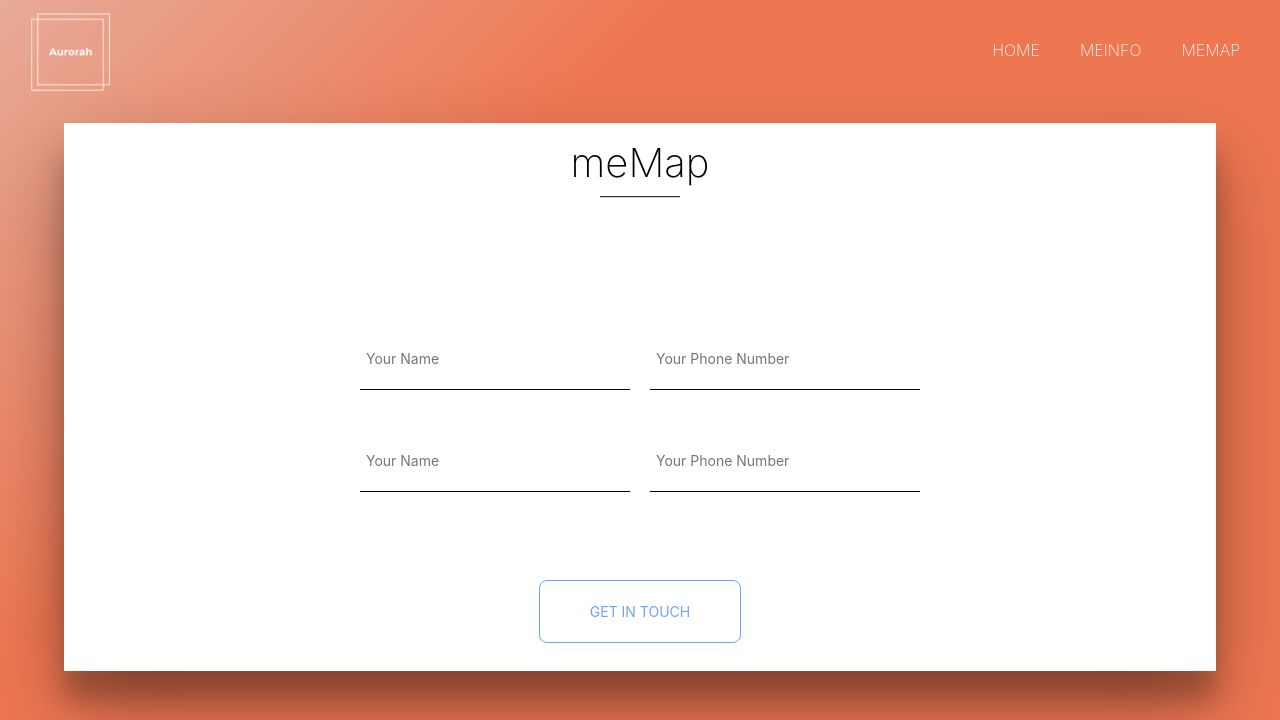
Repository: aasirvalji/saferMe
Page: /alt
An editor plug-in stored every save of this project. The page is shown before and after the next save, followed by the edit.
The browser window is 1280 px wide. The pictures show the whole page.
An inner scrolling area shows only its first screen. The project was rebuilt for these pictures with package versions that can differ from the ones it lists, and the page was loaded fresh each time. Also part of the build but not shown: src/components/Landing.js, src/styles/Services.css, src/components/Services.js, src/styles/MapDisplay.css, src/mapStyles.js, src/components/MapDisplay.js, src/styles/AboutDisplay.css, src/components/AboutDisplay.js and 1 more.

Above is the page before, as saved 2020-02-15 12:55:12.

### public/index.html
<!DOCTYPE html>
<html lang="en">
  <head>
    <meta charset="utf-8" />
    <link rel="icon" href="%PUBLIC_URL%/favicon.ico" />
    <meta name="viewport" content="width=device-width, initial-scale=1" />
    <meta name="theme-color" content="#000000" />
    <meta
      name="description"
      content="Web site created using create-react-app"
    />
    <link rel="apple-touch-icon" href="%PUBLIC_URL%/logo192.png" />
    <!--
      manifest.json provides metadata used when your web app is installed on a
      user's mobile device or desktop. See https://developers.google.com/web/fundamentals/web-app-manifest/
    -->
    <link rel="manifest" href="%PUBLIC_URL%/manifest.json" />
    <!--
      Notice the use of %PUBLIC_URL% in the tags above.
      It will be replaced with the URL of the `public` folder during the build.
      Only files inside the `public` folder can be referenced from the HTML.

      Unlike "/favicon.ico" or "favicon.ico", "%PUBLIC_URL%/favicon.ico" will
      work correctly both with client-side routing and a non-root public URL.
      Learn how to configure a non-root public URL by running `npm run build`.
    -->

    <link
    rel="stylesheet"
    href="https://maxcdn.bootstrapcdn.com/bootstrap/4.3.1/css/bootstrap.min.css"
    integrity="sha384-ggOyR0iXCbMQv3Xipma34MD+dH/1fQ784/j6cY/iJTQUOhcWr7x9JvoRxT2MZw1T"
    crossorigin="anonymous"
  />

  <link rel="stylesheet" href="https://use.fontawesome.com/releases/v5.7.2/css/all.css" integrity="sha384-fnmOCqbTlWIlj8LyTjo7mOUStjsKC4pOpQbqyi7RrhN7udi9RwhKkMHpvLbHG9Sr" crossorigin="anonymous">

    <title>Aurorah</title>
  </head>
  <body>
    <noscript>You need to enable JavaScript to run this app.</noscript>
    <div id="root"></div>
    <!--
      This HTML file is a template.
      If you open it directly in the browser, you will see an empty page.

      You can add webfonts, meta tags, or analytics to this file.
      The build step will place the bundled scripts into the <body> tag.

      To begin the development, run `npm start` or `yarn start`.
      To create a production bundle, use `npm run build` or `yarn build`.
    -->
  </body>
</html>

### src/App.js
import React from 'react';
import './App.css';
import Navigate from './components/Navigate'
import Landing from './components/Landing'
import Services from './components/Services'
import MapDisplay from './components/MapDisplay'
import AltDisplay from './components/AltDisplay'
import AboutDisplay from './components/AboutDisplay'

import SampleDisplay from './components/SampleDisplay';


import {
  BrowserRouter as Router,
  Switch,
  Route,
} from "react-router-dom";

class App extends React.Component { //when working with any type of data, call it in App then pass to comp on interest

  constructor(props) {
    super(props);

  }

/* start api sample */
/*
  componentDidMount() {
    fetch("https://api.example.com/items")
      .then(res => res.json())
      .then(
        (result) => {
          this.setState({
            isLoaded: true,
            items: result.items
          });
        },
        // Note: it's important to handle errors here
        // instead of a catch() block so that we don't swallow
        // exceptions from actual bugs in components.
        (error) => {
          this.setState({
            isLoaded: true,
            error
          });
        }
      )
  }
  */
/* end api sample */
  render(){


  return (
    <Router>
    <div className="App">

    <Switch>

    <Route exact path="/">
    <div className='landing-div'>
    <Navigate></Navigate>
    <Landing></Landing>
    <img className='wave' src='https://www.ochrehealth.com.au/wp-content/uploads/2018/10/slider-wave.png' alt=''></img>  {/* wave pattern*/}
    </div>
    {/* services placement*/}
    {/* maps placement*/}
    </Route>

    <Route path="/about">
    <div className='about-background'>
    <Navigate></Navigate>

    <AboutDisplay></AboutDisplay>
    </div>
    </Route>

    <Route path="/map">
    <div className='map-background'>
    <Navigate></Navigate>

  <MapDisplay></MapDisplay>
    </div>
    </Route>

    <Route path="/graph">
    <div className='graph-background'>
    <Navigate></Navigate>


    </div>
    </Route>

    <Route path="/alt">
    <div className='alt-background'>
    <Navigate></Navigate>

    <AltDisplay></AltDisplay>
    </div>
    </Route>

    </Switch>

    </div>
    </Router>

  );
  }
}

export default App;

### src/App.css
.landing-div {
    height: 100vh;
	background: linear-gradient(-45deg, #ee7752, #e73c7e,#FF4136, #85144b);
	background-size: 400% 400%;
    animation: gradient 10s ease infinite;

}


@keyframes gradient {
	0% {
		background-position: 0% 50%;
	}
	50% {
		background-position: 100% 50%;
	}
	100% {
		background-position: 0% 50%;
	}
}

.landing-div .wave{
    margin-right: 20vh;
    height: 15vh;
    width: 100%;
    position: absolute;
    bottom: 0;
}

@media screen and (max-width:700px) {

    .landing-div {
        height: 110vh;
    }

    .landing-div .wave{
    display: none;
    }

}

.about-background{
    background: linear-gradient(-45deg, #23a6d5, #23a6d5,#23a6d5, #acceda);
    height: 100vh;
}

.map-background{
    background: linear-gradient(-45deg, #5444c4, #5444c4,#5444c4, #908ab9);
    height: 100vh;
}

.graph-background{
    background: linear-gradient(-45deg, #e73c7e, #e73c7e,#e73c7e, #e0a0b9);
    height: 100vh;
}

.alt-background{
    background: linear-gradient(-45deg, #ee7752, #ee7752,#ee7752, #e7ab98);
    height: 100vh;
}

### src/components/Navigate.js
import React from 'react';
import '../styles/Navigate.css';
import {}
from 'react-bootstrap';
import img from '../assets/Au.png'

import { Link } from "react-router-dom";


function Navigate() {
    return (
    <>
  <div class="header">
    <h2 class="logo"><img src={img}></img></h2>
    <input type="checkbox" id="chk"></input>
    <label for="chk" class="show-menu-btn">
      <i class="fas fa-ellipsis-h"></i>
    </label>

    <ul class="menu">
      <Link to="/"><a>Home</a></Link>
      {/*<Link to="/about"><a>About</a></Link>*/}
      <Link to="/alt"><a>meInfo</a></Link>
      <Link to="/map"><a>meMap</a></Link>
      {/*<Link to="/graph"><a>eGraph</a></Link>*/}

      <label for="chk" class="hide-menu-btn">
        <i class="fas fa-times"></i>
      </label>
    </ul>
  </div>
</>
);
}


export default Navigate;

### src/components/AltDisplay.js
import React from 'react';
import '../styles/AltDisplay.css'




class AltDisplay extends React.Component{

  constructor(props){
    super(props);

    this.state = {username: '',
    userNumber: '',
    emergencyName: '',
    emergencyNumber: '',
  };

    this.handleChange = this.handleChange.bind(this);
    this.handleSubmit = this.handleSubmit.bind(this);
}

handleChange = (event) => {
  this.setState({
  [event.target.name] : event.target.value
})
}

handleSubmit(event) {

  alert('A name was submitted: ' + this.state.username);
  console.log(this.state.userNumber)
  console.log(this.state.emergencyName)
  console.log(this.state.emergencyNumber)
  event.preventDefault();
}

render(){
    return(
        <>

<div className='alt-con'>

<div className='alt-header'>
<h1>meMap</h1>
</div>

<form class="contact-section" onSubmit={this.handleSubmit}>
      <div class="inner-width">

        <input type="text" class="name" placeholder="Your Name" name = 'username'
        value={this.state.value} onChange={this.handleChange} ></input>

       <input type="number" class="email" placeholder="Your Phone Number" name ="userNumber"
       username={this.state.username} onChange={this.handleChange} ></input>

      <input type="text" class="name" placeholder="Your Name" name = 'emergencyName'
        value={this.state.value} onChange={this.handleChange} ></input>

       <input type="number" class="email" placeholder="Your Phone Number" name ="emergencyNumber"
       username={this.state.username} onChange={this.handleChange} ></input>

        <button type='submit' value="Submit">Get in touch</button>
      </div>
    </form>

</div>

        </>
    )
}
}


export default AltDisplay;

### src/styles/Navigate.css
/* Start Navbar */

.header{
    height: 100px;
    background: transparent;
    padding: 0 20px;
    color: white;
    font-weight: 200;
  }
  .logo{
    line-height: 100px;
    float: left;
  }

  .header h2{
    font-weight: 200;
  }

  .header img{
    width: 12vh;
    height: 12vh;
    margin-left: 1vh;
  }

  .menu{
    float: right;
    line-height: 100px;
  }
  .menu a{
    color: white;
    text-transform: uppercase;
    text-decoration: none;
    padding: 0 10px;
    transition: 0.4s;
  }
  .show-menu-btn,.hide-menu-btn{
    transition: 0.4s;
    font-size: 30px;
    cursor: pointer;
    display: none;
  }
  .show-menu-btn{
    float: right;
  }
  .show-menu-btn i{
    line-height: 100px;
  }
  .menu a:hover,
  .show-menu-btn:hover,
  .hide-menu-btn:hover{
    transition: .5s;
    color: black;
  }

  #chk{
    position: absolute;
    visibility: hidden;
    z-index: -1111;
  }

  .content{
    padding: 0 20px;
  }
  .content img{
    width: 100%;
    max-width: 700px;
    margin: 20px 0;
  }
  .content p{
    text-align: justify;
  }

  @media screen and (max-width:800px) {
    .show-menu-btn,.hide-menu-btn{
      display: block;
    }
    .menu{
      position: fixed;
      width: 100%;
      height: 100vh;
      background: linear-gradient(-45deg, #ee7752, #e73c7e,#5444c4, #23a6d5);
      right: -100%;
      top: 0;
      text-align: center;
      padding: 80px 0;
      line-height: normal;
      transition: 0.7s;
      z-index: 1000;
    }
    .menu a{
      display: block;
      padding: 20px;
    }

    .menu a:hover{
      cursor: pointer;
    }

    .hide-menu-btn{
      position: absolute;
      top: 40px;
      right: 40px;
    }
    #chk:checked ~ .menu{
      right: 0;
    }
  }

  /* End Navbar */

### src/styles/Landing.css


  * {
    box-sizing: border-box;
    margin: 0;
    padding: 0;
  }


  h1 {
    line-height: 1.3;

  }

  img {
    width: 90%;
  }

  .container {
    max-width: 1200px;
    margin: auto;
    padding: 0 2rem;
    margin-top: 13vh;
  }

  .container h1, p{
    margin-top: 10vh;
    color: white;
  }

  .main-header{
    -webkit-animation: fadein 4s; /* Safari, Chrome and Opera > 12.1 */
    -moz-animation: fadein 4s; /* Firefox < 16 */
     -ms-animation: fadein 4s; /* Internet Explorer */
      -o-animation: fadein 4s; /* Opera < 12.1 */
         animation: fadein 4s;
  }

  .main-subheader{
    -webkit-animation: fadein 4s; /* Safari, Chrome and Opera > 12.1 */
    -moz-animation: fadein 4s; /* Firefox < 16 */
     -ms-animation: fadein 4s; /* Internet Explorer */
      -o-animation: fadein 4s; /* Opera < 12.1 */
         animation: fadein 4s;
  }

  .section-a {
    margin: 2rem 0;
  }

  .section-a .container {
    display: grid;
    grid-template-columns: 1fr 1fr;
    grid-gap: 3rem;
    align-items: center;
    justify-content: center;
  }

  .section-a h1 {
    font-size: 4rem;
    font-weight: 200;
  }

  .section-a p {
    font-size: 1.1rem;
    margin: 1rem 0 0 .775vh;
    font-weight: 200;
  }

  .floating{
    animation-name: floating;
    animation-duration: 3s;
    animation-iteration-count: infinite;
    animation-timing-function: ease-in-out;
    z-index: 100;
  }


  @keyframes floating {
    from { transform: translate(0,  0px); }
    50%  { transform: translate(0, 20px); }
    to   { transform: translate(0, -0px); }
}

  @media (max-width: 700px) {
    .section-a .container {
      grid-template-columns: 1fr;
      text-align: center;
    }

    .section-a .container div:first-child {
      order: 2;
    }

    .section-a .container div:nth-child(2) {
      order: -1;
    }

    .section-a img {
      width: 80%;
      margin: auto;
    }
  }

/* fade in animation*/

@keyframes fadein {
  from { opacity: 0; }
  to   { opacity: 1; }
}

/* Firefox < 16 */
@-moz-keyframes fadein {
  from { opacity: 0; }
  to   { opacity: 1; }
}

/* Safari, Chrome and Opera > 12.1 */
@-webkit-keyframes fadein {
  from { opacity: 0; }
  to   { opacity: 1; }
}

/* Internet Explorer */
@-ms-keyframes fadein {
  from { opacity: 0; }
  to   { opacity: 1; }
}

/* Opera < 12.1 */
@-o-keyframes fadein {
  from { opacity: 0; }
  to   { opacity: 1; }
}

### src/styles/AltDisplay.css
/* Try adding wave to Navbar */

.alt-con{
    transform: translateY(1vh);
    color: black;
    width: 90%;
    height: 76vh;
    margin: 15px auto;
    background: white;
    overflow: hidden;
    position: relative;
    top: 0;
    -webkit-box-shadow: 0 38px 76px rgba(0, 0, 0, 0.3), 0 30px 24px rgba(0, 0, 0, 0.22);
            box-shadow: 0 38px 76px rgba(0, 0, 0, 0.3), 0 30px 24px rgba(0, 0, 0, 0.22);
            overflow-y: auto;
}

.alt-con p{
    color: white;
}

.alt-header h1{
    color: black;
    text-align: center;
    font-weight: 200;
    margin-top: 2vh;
    margin-bottom: 8vh;
}

.alt-header h1:after {

    content: '';
    transform: translateY(1vh);
    margin: auto;
    border-bottom: .1vh solid black;
    width: 11vh;
    display: block;

}

.alt-details p{
    font-weight: 300;
    margin: auto;
    color: black;
    text-align: center;
    width: 50%;
    margin-bottom: 3vh;
}

.alt-details img{
    display: block;
    margin: 0 auto;
    height: 40vh;
    width: 50vh;
}

/* sample */

.middle{
    position: relative;
    margin: auto;
  }

  .task-list{
    width: 400px;
    padding: 40px;
    background: linear-gradient(-45deg, #ee7752, #ee7752,#ee7752, #e7ab98);
    background-size: cover;
  }
  .task-list h2{
    color: #fff;
    font-weight: 220;
  }
  .task{
    display: flex;
    padding: 10px 0;
    align-items: center;
    cursor: pointer;
    font-weight: 220;
  }

  .task input{
    position: absolute;
    visibility: hidden;
  }

  .task i{
    display: inline-block;
    width: 48px;
    height: 48px;
    border-radius: 50%;
    border: 1px solid white;
    text-align: center;
    line-height: 48px;
    font-size: 20px;
    margin-right: 14px;
    color: transparent;
  }

  .text{
    font-size: 18px;
    color: #fff;
  }

  .task input:checked ~ i{
    color: white;
  }

  .task input:checked ~ .text{
    text-decoration: line-through;
    color: white;
  }












  .contact-section{
    background: transparent;
    padding: 80px 0;
    text-align: center;
  }

  .inner-width{
    max-width: 600px;
    margin: auto;
    padding: 0 20px;
  }

  .contact-section h1{
    font-size: 20px;
    color: #000000;
    margin-bottom: 40px;
    text-transform: uppercase;
    letter-spacing: 4px;
    font-weight: 400;
  }

  .name,.email{
    background: none;
    border:none;
    outline: none;
    border-bottom: 1px solid;
    color: #000000;
    padding: 20px 6px;
    font-size: 14px;
    margin-bottom: 40px;
  }

  .name{
    float: left;
    width: 270px;
  }

  .email{
    float: right;
    width: 270px;
  }

  .message{
    min-width: 100%;
    max-width: 100%;
  }


  .contact-section button{
    margin-top: 3rem;
    background: none;
    color: #70a1ff;
    border: 1px solid #70a1ff;
    padding: 20px 50px;
    border-radius: 8px;
    text-transform: uppercase;
    font-size: 14px;
    transition: 0.4s linear;
    cursor: pointer;
  }

  .contact-section button:hover{
    background: #70a1ff;
    color: #fff;
  }


  @media screen and (max-width:600px){
    .name,.email{
      width: 100%;
    }
  }

Loaded but not shown: src/index.js (common file); src/index.css (common file); src/serviceWorker.js (common file)

After the next save:
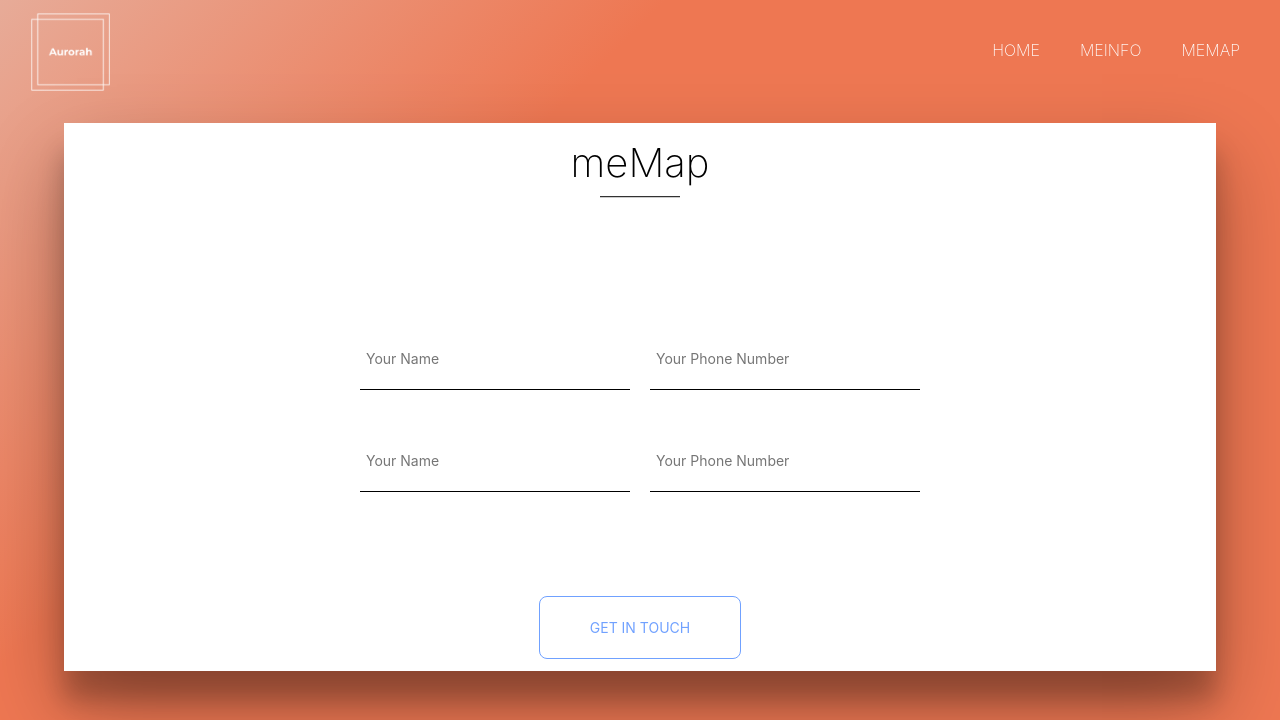
Saved 4 s later.
--- a/src/styles/AltDisplay.css
+++ b/src/styles/AltDisplay.css
@@ -171,7 +171,7 @@
 
 
   .contact-section button{
-    margin-top: 3rem;
+    margin-top: 4rem;
     background: none;
     color: #70a1ff;
     border: 1px solid #70a1ff;
